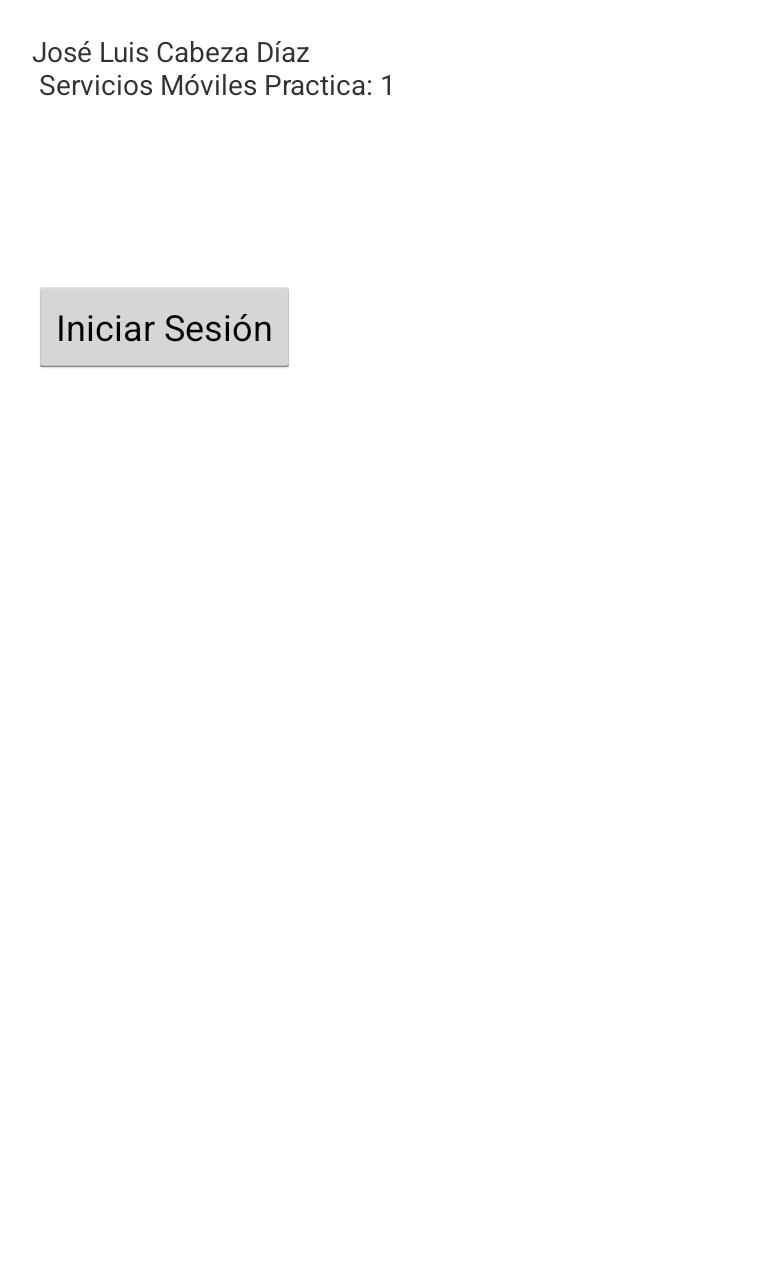
Repository: jlcd0004/sm_p11_practica1
Layout: Practica1/res/layout/activity_main.xml
The author's editor kept a copy of each file at every save. The layout is drawn from the files as they stood at one save, then again after the next save.
It is drawn on a 768 x 1280 px phone screen (xhdpi) without system bars, with theme AppTheme; the app's code is not run.

Above is the layout before, as saved 2015-10-02 15:57:12.

After the next save:
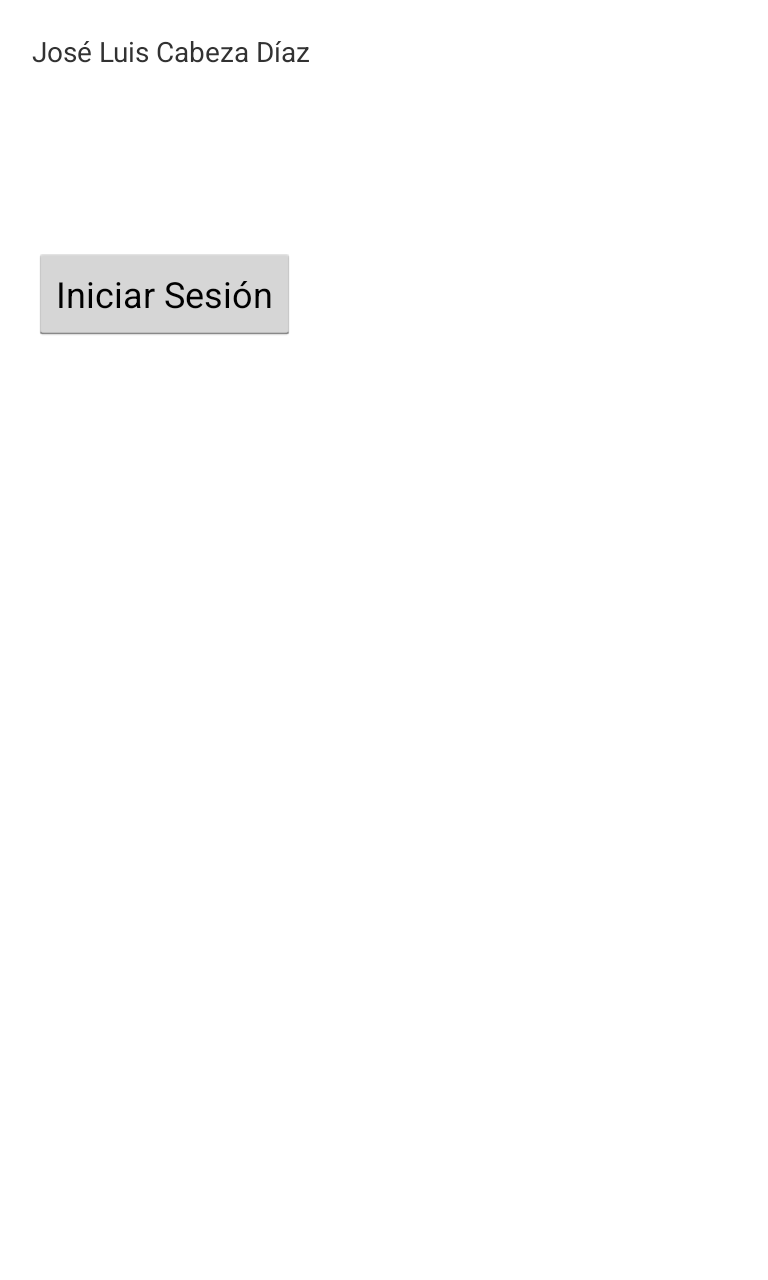
Saved 99 s later.
--- a/Practica1/res/values/strings.xml
+++ b/Practica1/res/values/strings.xml
@@ -4,8 +4,6 @@
     <string name="app_name">Practica1</string>
     <string name="hello_world">Hello world!</string>
     <string name="action_settings">Settings</string>
-<string name="presentacion">José Luis Cabeza Díaz \n
-                            Servicios Móviles
-                            Practica: 1
-                            </string>
+<string name="presentacion">José Luis Cabeza Díaz</string>
+     <string name="presentacion2">Servicios Móviles, Práctica 1</string>
 </resources>
